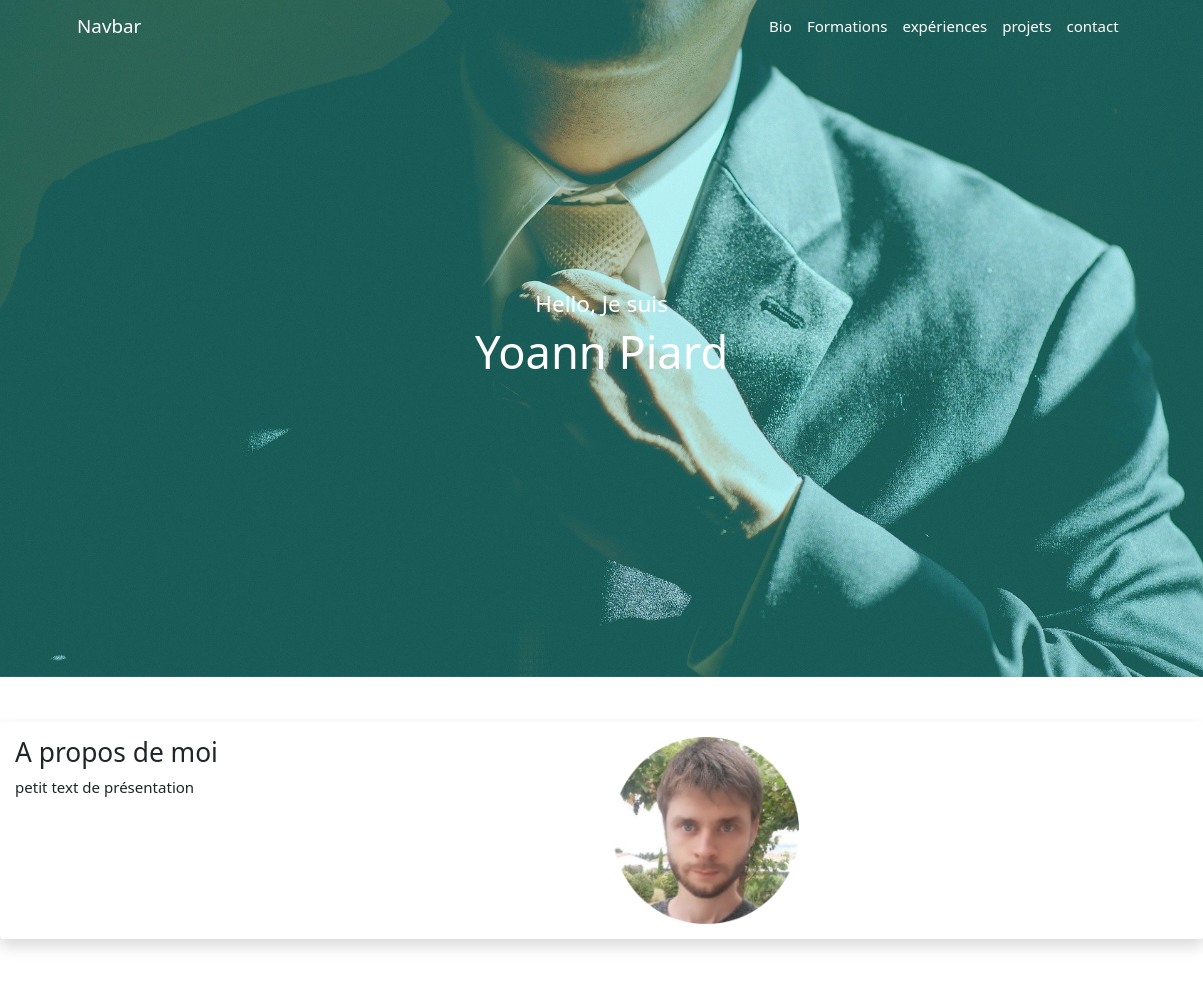
Repository: ypiard85/port-folio-bootstrap-yoann-2021
Page: index.html
An editor plug-in stored every save of this project. The page is shown before and after the next save, followed by the edit.
The browser window is 1280 px wide. The pictures show the whole page, at 94% of full size.

Above is the page before, as saved 2021-03-09 13:57:31.

### index.html
<!DOCTYPE html>
<html lang="en">
<head>
    <meta charset="UTF-8">
    <meta http-equiv="X-UA-Compatible" content="IE=edge">
    <meta name="viewport" content="width=device-width, initial-scale=1.0">
    <!-- CSS only -->
    <link rel="stylesheet" href="./resource/style.css">
<link href="https://cdn.jsdelivr.net/npm/bootstrap@5.0.0-beta2/dist/css/bootstrap.min.css" rel="stylesheet" integrity="sha384-BmbxuPwQa2lc/FVzBcNJ7UAyJxM6wuqIj61tLrc4wSX0szH/Ev+nYRRuWlolflfl" crossorigin="anonymous">
    <title>Document</title>
</head>
<body>

        <nav class="navbar position-fixed w-100 navbar-expand-lg navbar-light">
            <div class="container">
              <a class="navbar-brand" href="#">Navbar</a>
              <button class="navbar-toggler" type="button" data-bs-toggle="collapse" data-bs-target="#navbarNav" aria-controls="navbarNav" aria-expanded="false" aria-label="Toggle navigation">
                <span class="navbar-toggler-icon"></span>
              </button>
              <div class="collapse navbar-collapse" id="navbarNav">
                <ul class="navbar-nav">
                  <li class="nav-item">
                    <a class="nav-link active" aria-current="page" href="#bio">Bio</a>
                  </li>
                  <li class="nav-item">
                    <a class="nav-link" href="#formation">Formations</a>
                  </li>
                  <li class="nav-item">
                    <a class="nav-link" href="#experience">expériences</a>
                  </li>
                  <li class="nav-item">
                    <a class="nav-link" href="#projet">projets</a>
                  </li>
                  <li class="nav-item">
                    <a class="nav-link" href="#contact">contact</a>
                  </li>
                </ul>
              </div>
            </div>
          </nav>

          <header class="container-fluid flex-column
          d-flex align-items-center justify-content-center">
              <h4>Hello, Je suis</h4>
              <h1>Yoann Piard</h1>
          </header>

          <section class="about_me shadow rounded p-3 mt-5 mb-5">
                <div class="row">
                    <div class="col-md-6">
                        <h3>A propos de moi</h3>
                        <p>petit text de présentation</p>
                    </div>
                    <div class="col-md-6">
                        <img src="./resource/image/yoann_piard.png" alt="">
                    </div>
                </div>
          </section>

<!-- JavaScript Bundle with Popper -->
<script src="https://cdn.jsdelivr.net/npm/bootstrap@5.0.0-beta2/dist/js/bootstrap.bundle.min.js" integrity="sha384-b5kHyXgcpbZJO/tY9Ul7kGkf1S0CWuKcCD38l8YkeH8z8QjE0GmW1gYU5S9FOnJ0" crossorigin="anonymous"></script>
<script src="https://unpkg.com/scrollreveal"></script>
<script src="./resource/app.js"></script>
</body>
</html>

### resource/style.css
.navbar-collapse{
    flex-grow: 0!important;
}

nav a{
    color: white!important;
}

header{
    height: 100vh;
    background: gray;
    background-image: linear-gradient(90deg, rgba(0,231,249,0.2780462526807598) 100%, rgba(0,4,24,0.4405112386751575) 74%), url('./image/about-section.jpg');
    background-repeat: no-repeat;
    background-size: cover;
    background-position: top center;
    color: white;
}

header h1{
    font-weight: normal;
    font-size: 3em;
}

.about_me{
    margin: auto;
    margin-top: 0px;
}

### resource/app.js
ScrollReveal().reveal('.about_me', {
    delay: 250,
    duration: 1000,
    reset: true,
    origin: 'bottom',
    distance: '20%'
});

After the next save:
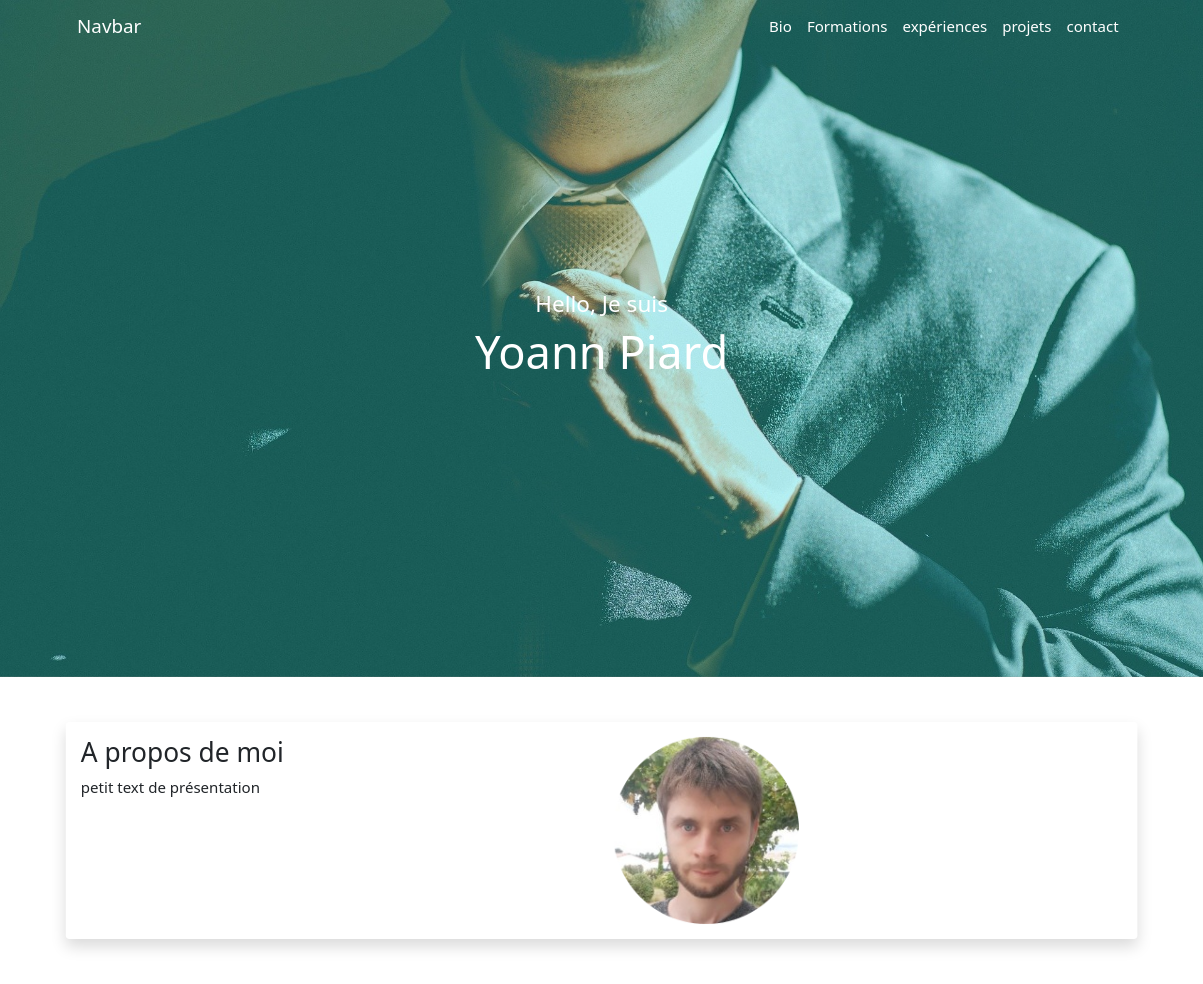
Saved 22 s later.
--- a/index.html
+++ b/index.html
@@ -45,7 +45,7 @@
               <h1>Yoann Piard</h1>
           </header>
 
-          <section class="about_me shadow rounded p-3 mt-5 mb-5">
+          <section class="about_me shadow rounded container p-3 mt-5 mb-5">
                 <div class="row">
                     <div class="col-md-6">
                         <h3>A propos de moi</h3>
